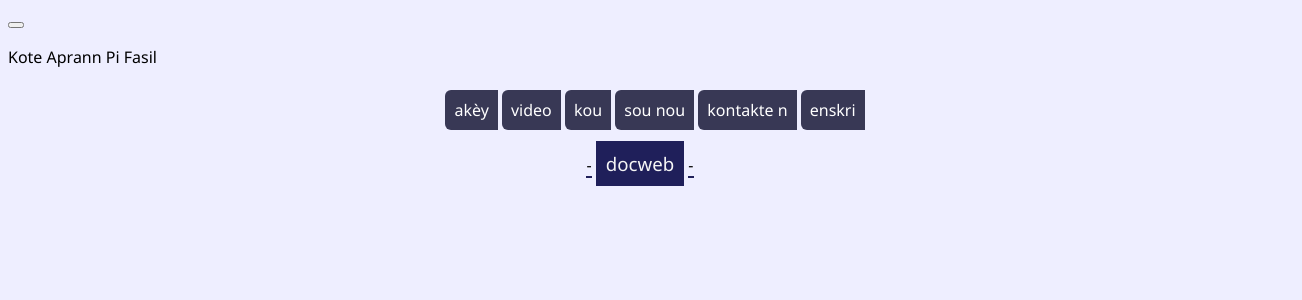
Repository: duperweb/docweb
Page: index.html
An editor plug-in stored every save of this project. The page is shown before and after a run of saves, followed by the edit.
The browser window is 1280 px wide. The page is 1302 px wide, so the pictures cover 1302 px, including what lies to the right of the window. The pictures show the whole page.

Above is the page before, as saved 2021-03-16 15:24:16.

### index.html
<!DOCTYPE html>
<html lang="en">
<head>
    <meta charset="UTF-8">
    <meta http-equiv="X-UA-Compatible" content="IE=edge">
    <meta name="viewport" content="width=device-width, initial-scale=1.0">
    <title>DocWeb: Dokiman Pou Aprann Devlope Web</title>
    <link rel="stylesheet"href="https://fonts.googleapis.com/css?family=Tangerine">
    <link rel="stylesheet" href="assets/css/home.css">
</head>
<body>
    <!--HEADER SECTION WITH ITS CHILD-->
    <header id="header-pages">

        <nav class="top-message">
            <!--the button menu for mobile devices-->
            <button id="button-top-menu"  title="KLIKE POU WE SA K GEN NAN MENU">
                    <span></span>
                    <span></span>
                    <span></span>
            </button>
            <p>Kote Aprann Pi Fasil </p>
        </nav>

        <!--the top menu horizontal-->
        <nav id="nav-horizontal-menu" class="">
            <a href="index.html">akèy</a>
            <a href="video.html">video</a>
            <a href="kou.html">kou</a>
            <a href="about.html">sou nou</a>
            <a href="mailto:duperweb@gmail.com">kontakte n</a>
            <a href="sign.html" id="signin">enskri</a>
        </nav> <!-- end of the top menu horizontal-->
        <div class="docweb">
            <span class="header-line">-</span>
             <span class="docweb-text-logo">docweb</span>
            <span class="header-line">-</span>
        </div>

    </header><!--end of the HEADER SECTION-->

<!--this the top line section-->
</body>
</html>

### assets/css/home.css
/**************************************
IMPORTING OTHER FILE TO LOAD FIRST
*************************************/


/********************************
    RESET DEFAULT BEHAVIOR
********************************/
a {
    text-decoration: none;
}

body {
    background-color: #eef;
    font-family: 'Segoe UI', Tahoma, Geneva, Verdana, sans-serif
}

/*===================== HEADER PAGES SECTION===========================*/
.header-pages {
    /*with  % make container relative to size and can be centralized*/
    margin: 0 auto;
    width: 100%;
}

#nav-horizontal-menu {
    width: 100%;
    margin: 15px auto;
    padding: 15px;
    border-radius: 0 0 6px 6px;
    text-align: center;
}
#nav-horizontal-menu a {
    color: white;
    background-color: #383855;
    padding: 9px;
    border-radius: 6px 0 0 6px;

}
.docweb {
    margin: 0 auto;
    text-align: center;
}

.container-topline {
    margin-top: 10px;
    display: flex;
    justify-content: center;
    width: 80%;
    margin: 13px auto;
}

.header-line {
    font-size: 16px;
    flex: 2;
    width: 2000px;
    border-bottom: 2px #1f1f5a double;
}

.top-text {
    flex: 1;
    ;




    box-shadow: 5px 5px #383855;
}
.docweb-text-logo {
    background: #1f1f5a;
    font-size: 14pt;
    color: whitesmoke;
    padding: 10px;
}
/*===================== END OF HEADER  TOP SECTION====================*/

After the next 2 saves:
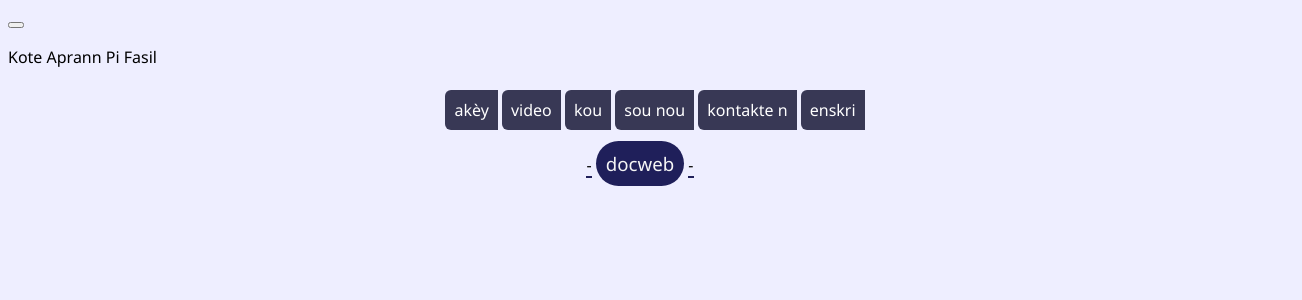
The 2 saves are shown as one change because they came seconds apart.
The last was saved 7 s later.
--- a/assets/css/home.css
+++ b/assets/css/home.css
@@ -70,5 +70,6 @@ body {
     font-size: 14pt;
     color: whitesmoke;
     padding: 10px;
+    border-radius: 100px;
 }
 /*===================== END OF HEADER  TOP SECTION====================*/
